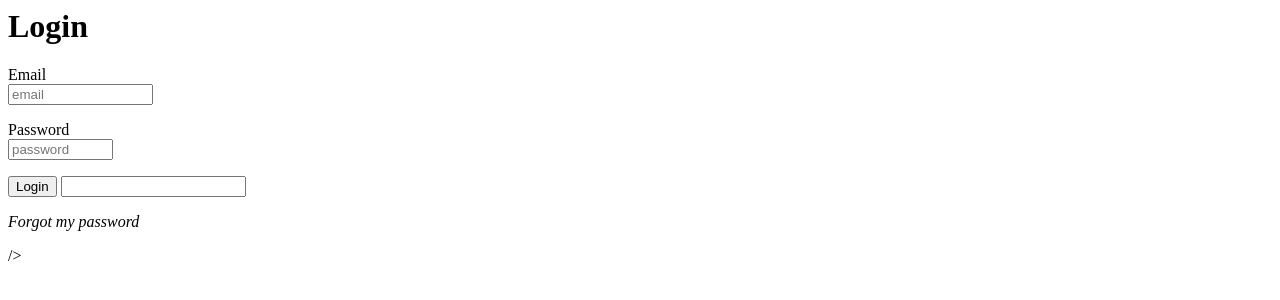
Repository: WillLiang918/Portfolio
Page: http://localhost/Task_Manager/login.jsp
An editor plug-in stored every save of this project. The page is shown before and after the next save, followed by the edit.
The browser window is 1280 px wide. The pictures show the whole page.
The page is served by Tomcat 9. Other server files are loaded and not shown.

Above is the page before, as saved 2015-07-22 19:48:41.

### Task_Manager/WebContent/login.jsp
<html>
<head>
<title>Login</title>
</head>

<body>
<h1>Login</h1>
<form action="UserLoginServlet" method="GET">
	<p>Email<br>
	<input type="text" name="email" placeholder="email" size="15" maxlength="20"/></p>
	<p>Password<br>
	<input type="password" name="password" placeholder="password" size="10" maxlength="20"/></p>
	<p>
		<input type="submit" name="submit" value="Login"/>
		<input <a href="ForgotPassword.jsp" title="AJAX!"><p><i>Forgot my password</i></p></a> />
	</p>

</form>
</body>
</html>

After the next save:
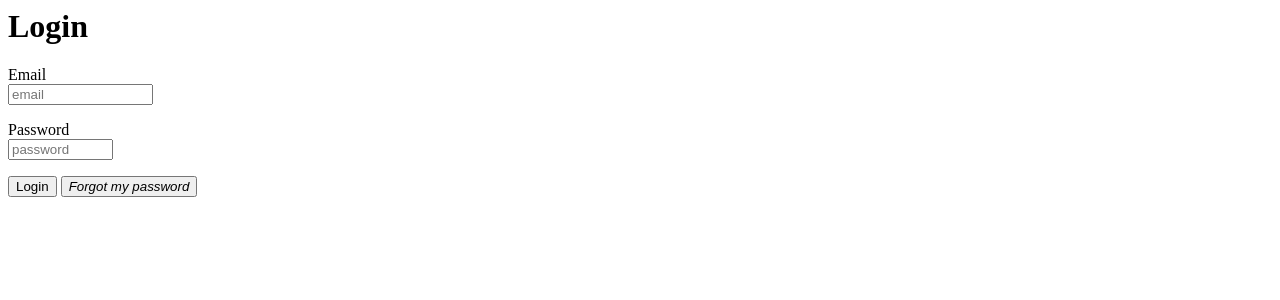
Saved 2 min 14 s later.
--- a/Task_Manager/WebContent/login.jsp
+++ b/Task_Manager/WebContent/login.jsp
@@ -12,7 +12,9 @@
 	<input type="password" name="password" placeholder="password" size="10" maxlength="20"/></p>
 	<p>
 		<input type="submit" name="submit" value="Login"/>
-		<input <a href="ForgotPassword.jsp" title="AJAX!"><p><i>Forgot my password</i></p></a> />
+		<a href="ForgotPassword.jsp" title="AJAX!">
+		 <button><i>Forgot my password</i></button>
+		</a>
 	</p>
 
 </form>
